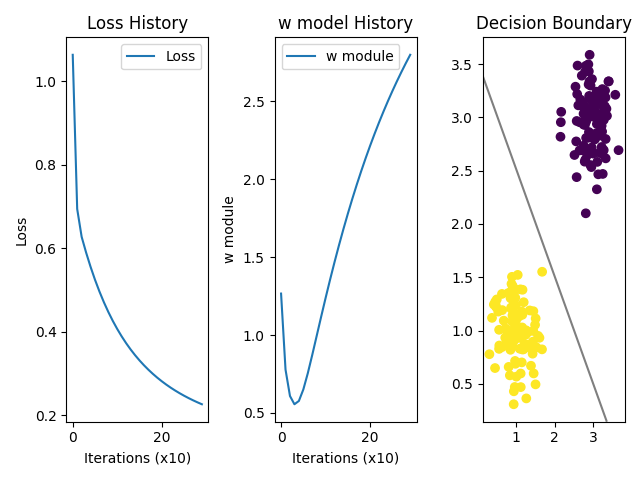
Repository: htlou/MLlab
Script's output: python Lab-logistic/logistic.py
These files come from the project's save history. The script's output is drawn as it stood at one moment and after the next save; the edit follows.
Animations are shown at an early frame. Random numbers start from a fixed seed.

Above is the script's output before, as saved 2023-12-30 14:23:21.

### Lab-logistic/logistic.py
import numpy as np
from typing import Tuple, List
# from vis_util import plot_training_progress

import matplotlib.pyplot as plt



def plot_progress(i: int, loss_history: List[float], w_module_history: List[float], x: np.ndarray, y: np.ndarray, w: np.ndarray):
    # clear current axes
    plt.clf()

    # draw loss history
    plt.subplot(1, 3, 1)
    plt.plot(loss_history, label='Loss')
    plt.title('Loss History')
    plt.xlabel('Iterations (x10)')
    plt.ylabel('Loss')
    plt.legend()

    # draw w history
    plt.subplot(1, 3, 2)
    plt.plot(w_module_history, label='w module')
    plt.title('w model History')
    plt.xlabel('Iterations (x10)')
    plt.ylabel('w module')
    plt.legend()

    if x.shape[1] == 3:  # 2 features + 1 bias
        plt.subplot(1, 3, 3)
        plt.scatter(x[:, 0], x[:, 1], c=y)
        ax = plt.gca()
        xlim = ax.get_xlim()
        ylim = ax.get_ylim()


        # create grid to evaluate model
        xx = np.linspace(xlim[0], xlim[1], 50)
        yy = np.linspace(ylim[0], ylim[1], 50)
        YY, XX = np.meshgrid(yy, xx)
        xy = np.vstack([XX.ravel(), YY.ravel()]).T
        Z = np.dot(np.c_[xy, np.ones(xy.shape[0])], w)
        Z = Z.reshape(XX.shape)


        # draw decision boundary and margins
        ax.contour(XX, YY, Z, colors='k', levels=[0], alpha=0.5, linestyles=['-'])
        plt.title('Decision Boundary')


    plt.tight_layout()
    plt.pause(0.01)  # pause a bit so that plots are updated


def sigmoid(x):
    '''
    Sigmoid function.
    '''
    return 1 / (1 + np.exp(-x))

class LogisticRegression():
    '''
    Logistic Regression
    '''
    def __init__(
        self,
    ) -> None:

        self.w = None # random intialize w
        self.lr = None # learning rate
        self.reg = None # regularization parameter

    def predict(
        self,
        x: np.array
    ) -> Tuple[np.ndarray, np.ndarray]:

        '''
        Logistic Regression (LR) prediction.

        Arguments:
            x : (n, d + 1), where n represents the number of samples, d the number of features

        Return:
            prob: (n,), LR probabilities, where prob[i] is the probability P(y=1|x,w) for x[i], from [0, 1]
            pred: (n,), LR predictions, where pred[i] is the prediction for x[i], from {-1, 1}

        '''
        # implement predict method,
        # !! Asumme that : self.w is already given.

        # TODO: first, you should add bias term to x
        # print(x.shape)
        x_bias = np.concatenate((np.ones((x.shape[0], 1)), x), axis=1)


        # TODO: second, you should compute the probability by invoking sigmoid function
        z = np.dot(x_bias, self.w)
        prob = sigmoid(z)

        # TODO: third, you should compute the prediction (W^T * x >= 0 --> y = 1, else y = -1)
        pred = np.where(prob >= 0.5, 1, -1)
        # print("prob & Pred")
        # print(prob, pred)


        return prob, pred





    def fit(
        self,
        x: np.array,
        y: np.array,
        n_iter: int,
        lr: float,
        reg: float,
    ) -> None:
        '''
        Logistic Regression (LR) training.

        Arguments:
            x : (n, d + 1), where n represents the number of training samples, d the number of features
            y : (n,), where n represents the number of samples
            n_iter : number of iteration
            lr : learning rate
            reg : regularization parameter

        Return:
            None
        '''
        self.lr = lr
        self.reg = reg

        x = np.concatenate((x,np.ones((x.shape[0], 1))), axis=1) # add bias term
        self.w = np.random.normal(0, 1, x.shape[1]) # random intialize w
        loss_history = []
        w_module_history = []


        for i in range(n_iter):

            # TODO: firstly, compute the loss with regularization term
            loss = self.calLossReg(x, y)

            # TODO: secondly, update the weight
            self.update(x, y)

            # plot loss and w module every 10 iterations
            if i % 10 == 0:

                loss_history.append(loss)

                w_module_history.append(np.linalg.norm(self.w))
                print("iter: {}, loss: {}, w_module: {}".format(i, loss, w_module_history[-1]))
                plot_progress(i, loss_history,w_module_history, x, y, self.w)



    def update(
        self,
        x: np.array,
        y: np.array,
    ) -> None:

        '''
        Update the parameters--weight w
        Arguments:
            x: (n, d+1), training samples, where n represents the number of training samples, d the number of features
            y: (n,), training labels, where n represents the number of training samples

        Return:
            None
        '''

        # implement gradient descent algorithm


        # TODO: 1. compute the gradient
        # print(x)
        m = x.shape[0]
        z = np.dot(x, self.w)
        # gradient = np.dot(x.T, (sigmoid(z) - y)) / m + self.reg * self.w
        p_hat = sigmoid(z)

        # Transform y from {-1, 1} to {0, 1}
        transformed_y = (y + 1) / 2

        # Compute gradient
        gradient = np.dot(x.T, (p_hat - transformed_y)) / m
        print(gradient)
        gradient[:-1] += (self.reg) * self.w[:-1]
        print(gradient)

        # TODO: 2. update the weight
        self.w -= self.lr * gradient
        print(self.w)



    def calLossReg(
        self,
        x: np.array,
        y: np.array,
    ):
        '''
        Compute the loss

        Arguments:
            x: (n, d+1), training samples, where n represents the number of training samples, d the number of features
            y: (n,), training labels, where n represents the number of training samples

        Return:
            loss: float, the loss value
        '''
        # TODO: compute the Logistic Regression loss, including regularization term
        # !! Note that the label y is from {-1, 1}
        m = x.shape[0]
        z = np.dot(x, self.w)
        # loss = -np.mean(y * np.log(sigmoid(z)) + (1 - y) * np.log(1 - sigmoid(z)))
        # reg_loss = loss + (self.reg / (2 * m)) * np.sum(self.w**2)
        p_hat = sigmoid(z)
        transformed_y = (y + 1) / 2  # Transforming y from {-1, 1} to {0, 1}
        loss = -np.mean(transformed_y * np.log(p_hat) +
                         (1 - transformed_y) * np.log(1 - p_hat))

        # L2 Regularization (excluding the bias term)
        reg_loss = loss + (self.reg / (2 * m)) * np.sum(self.w[:-1]**2)

        return reg_loss



    def calLoss(
        self,
        x: np.array,
        y: np.array,
    ):
        '''
        Compute the loss

        Arguments:
            x: (n, d+1), training samples, where n represents the number of training samples, d the number of features
            y: (n,), training labels, where n represents the number of training samples

        Return:
            loss: float, the loss value
        '''
        # TODO: compute the Logistic Regression loss, including regularization term
        # !! Note that the label y is from {-1, 1}
        m = x.shape[0]
        z = np.dot(x, self.w)
        p_hat = sigmoid(z)
        transformed_y = (y + 1) / 2  # Transforming y from {-1, 1} to {0, 1}
        loss = -np.mean(transformed_y * np.log(p_hat) +
                        (1 - transformed_y) * np.log(1 - p_hat))
        reg_loss = loss + (self.reg / (2 * m)) * np.sum(self.w[:-1]**2)

        return reg_loss


from data_generator import gen_2D_dataset

x_train, y_train = gen_2D_dataset(100, 100, noise = 0)
x_test, y_test = gen_2D_dataset(50, 50, noise = 0.7)


LR = LogisticRegression()
LR.fit(x_train, y_train, lr=0.1, n_iter=1000,reg=0.1)

### Lab-logistic/data_generator.py
import numpy as np


def gen_2D_dataset(n_pos, n_neg, noise):
    X1_class0 = np.random.normal(1, 0.3, n_pos) + noise * np.random.normal(0.0, 1.0, n_pos)
    X2_class0 = np.random.normal(1, 0.3, n_pos) + noise * np.random.normal(0.0, 1.0, n_pos)


    X1_class1 = np.random.normal(3, 0.3, n_neg) + noise * np.random.normal(0.0, 1.0, n_neg)
    X2_class1 = np.random.normal(3, 0.3, n_neg) + noise * np.random.normal(0.0, 1.0, n_neg)

    X_class0 = np.stack((X1_class0, X2_class0), axis=1)
    X_class1 = np.stack((X1_class1, X2_class1), axis=1)

    X = np.concatenate((X_class0, X_class1), axis=0)
    Y = np.array([1]*n_pos + [-1]*n_neg)

    return X, Y

After the next save:
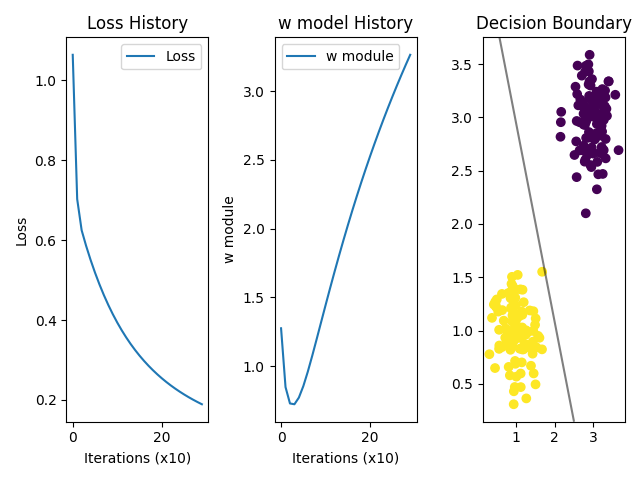
Saved 11 min 7 s later.
--- a/Lab-logistic/logistic.py
+++ b/Lab-logistic/logistic.py
@@ -136,6 +136,7 @@ class LogisticRegression():
 
         x = np.concatenate((x,np.ones((x.shape[0], 1))), axis=1) # add bias term
         self.w = np.random.normal(0, 1, x.shape[1]) # random intialize w
+        print(self.w)
         loss_history = []
         w_module_history = []
 
@@ -191,7 +192,7 @@ class LogisticRegression():
         # Compute gradient
         gradient = np.dot(x.T, (p_hat - transformed_y)) / m
         print(gradient)
-        gradient[:-1] += (self.reg) * self.w[:-1]
+        gradient[:-1] += (self.reg / m) * self.w[:-1]
         print(gradient)
 
         # TODO: 2. update the weight
